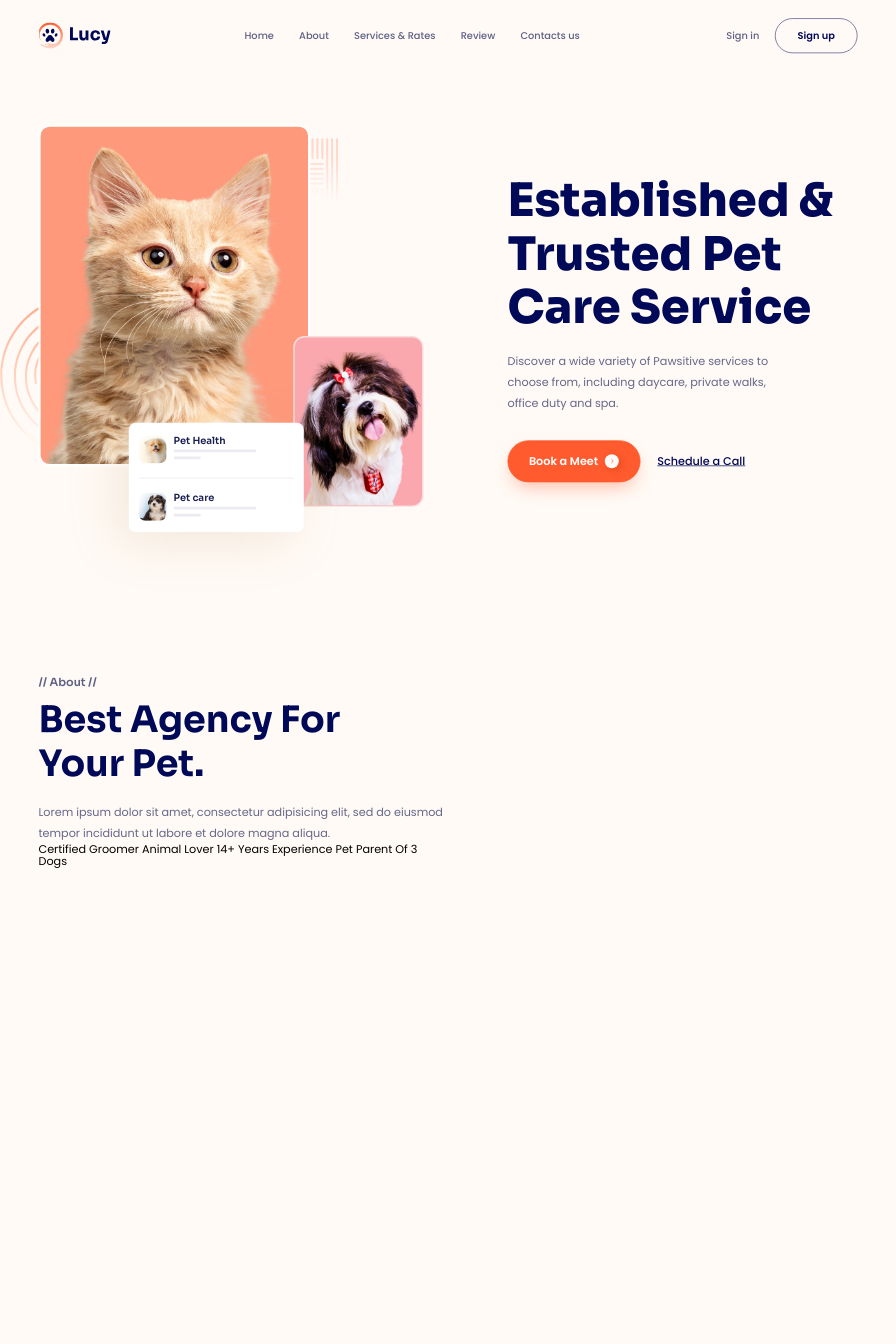
Repository: anhtien111198/f8-htmlcss-04
Page: index.html
These files come from the project's save history. The page is drawn as it stood at one moment and after the next save; the edit follows.
The browser window is 1280 px wide. The pictures show the part of the page from y = 0 to 1920 px (the page is 5000 px tall), at 70% of full size.

Above is the page before, as saved 2023-05-18 12:36:26.

After the next save:
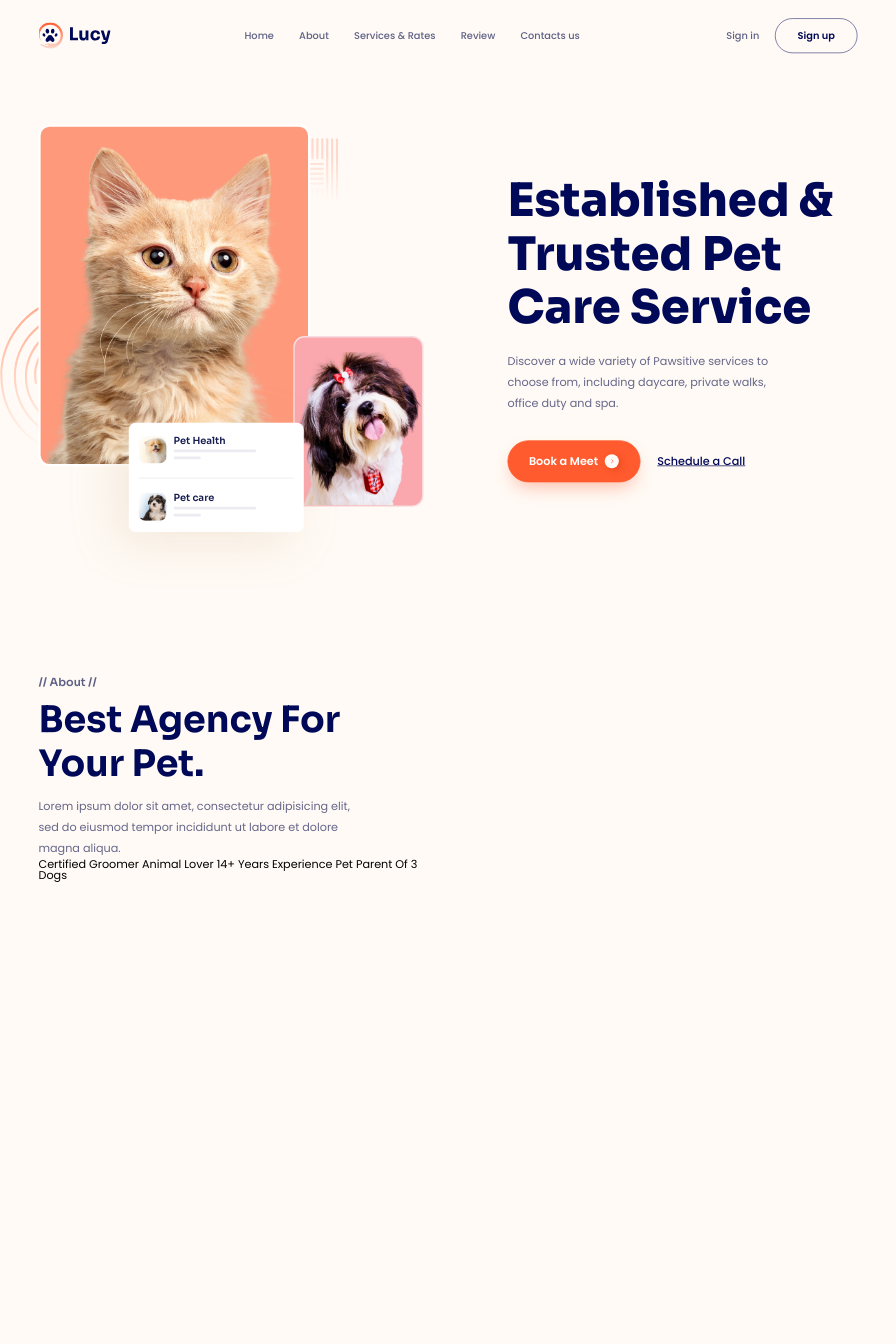
Saved 27 s later.
--- a/assets/css/style.css
+++ b/assets/css/style.css
@@ -266,7 +266,8 @@ select {
     line-height: 1;
     color: #5e6085;
 }
-.about__heading {
+.about__heading,
+.about__desc {
     margin-top: 15px;
     width: 446px;
 }
